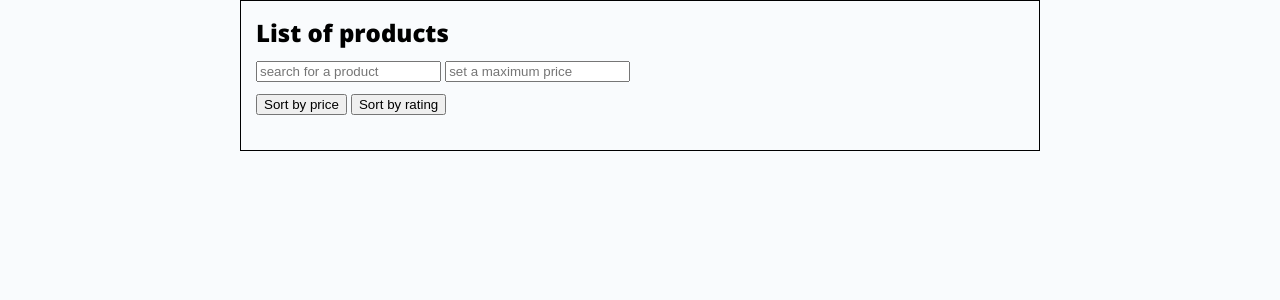
Repository: andrii1/hyf-homework
Page: javascript/javascript2/week2/hyf-bay/index.html
An editor plug-in stored every save of this project. The page is shown before and after the next save, followed by the edit.
The browser window is 1280 px wide. The pictures show the whole page.

Above is the page before, as saved 2022-07-06 12:14:40.

### javascript/javascript2/week2/hyf-bay/index.html
<head>
  <title>HyfBay - list of products</title>
  <meta name="viewport" content="width=device-width, initial-scale=1" />
  <link rel="stylesheet" type="text/css" href="main.css" />
  <link
    href="https://fonts.googleapis.com/css?family=Open+Sans:400,800"
    rel="stylesheet"
  />
</head>

<body>
  <main>
    <section>
      <h1>List of products</h1>
      <form action="#" class="form">
        <input type="text" id="search" placeholder="search for a product" />
        <input
          type="text"
          id="maximumPrice"
          placeholder="set a maximum price"
        />
      </form>
      <button id="price-sort">Sort by price</button>
      <button id="rating-sort">Sort by rating</button>
      <ul id="list"></ul>
    </section>
  </main>
  <script src="hyfBayHelpers.js"></script>
  <script src="main.js"></script>
</body>

### javascript/javascript2/week2/hyf-bay/main.css
body {
    font-family: "Open Sans", sans-serif;
    background-color: #F9FBFD;
}

* {
    box-sizing: border-box;
}

body, h1, h2 {
    margin: 0;
}

ul {
    list-style-type: none;
    margin: 0;
    padding: 10;
}

main {
  width: 800px;
  margin:0 auto;
  padding:15;
  align-items: center;
  border: 1px solid black;
}

form {
  margin: 10 0;
}

### javascript/javascript2/week2/hyf-bay/hyfBayHelpers.js
/* DONT MODIFY ANY OF THIS CODE!!!*/

window.getAvailableProducts = function () {
  function getRandomInt(min, max) {
    min = Math.ceil(min);
    max = Math.floor(max);
    return Math.floor(Math.random() * (max - min + 1)) + min;
  }

  function getRandomItem(availableProductNames) {
    return availableProductNames[
      getRandomInt(0, availableProductNames.length - 1)
    ];
  }

  function getRandomProductname() {
    const preWords = [
      "Used",
      "Fantastic",
      '"Used"',
      "Broken",
      "Beautiful",
      "Wet",
      "Green",
      "Sloppy",
      "Dirty",
    ];
    const productNames = [
      "Carrot",
      "Drone",
      "Giftcard",
      "Puppy",
      "Car",
      "Shirt",
      "Milk",
      "Chalk",
      "Fish fingers",
      "Socks",
      "Chocolate",
      "Toothbrush",
      "Computer",
      "Nokia",
      "Cologne",
    ];

    let chosenProductName = getRandomItem(productNames);
    const shouldHavePreWord = getRandomInt(0, 10) > 6;

    if (shouldHavePreWord) {
      const preWord = preWords[getRandomInt(0, preWords.length - 1)];
      chosenProductName = `${preWord} ${chosenProductName}`;
    }

    return chosenProductName;
  }

  const numberOfAvailableProducts = getRandomInt(0, 30);
  const availableProducts = Array.apply(
    null,
    Array(numberOfAvailableProducts)
  ).map(() => {
    const name = getRandomProductname();
    return {
      id: `${name}${getRandomInt(0, 100000)}`,
      name,
      price: getRandomInt(0, 10000),
      rating: getRandomInt(1, 10),
    };
  });

  return availableProducts;
};

### javascript/javascript2/week2/hyf-bay/main.js
console.log("Script loaded");
const products = getAvailableProducts();
console.log(products);
let clickCount = 0;
let clickCountRating = 0;
const searchInput = document.getElementById("search");
const maximumPriceInput = document.getElementById("maximumPrice");
const buttonSortPrice = document.getElementById("price-sort");
const buttonSortRating = document.getElementById("rating-sort");
searchInput.addEventListener("input", filterProducts);
maximumPriceInput.addEventListener("input", filterProductsByPrice);
buttonSortPrice.addEventListener("click", sortProductsByPrice);
buttonSortRating.addEventListener("click", sortProductsByRating);
function filterProducts(event) {
  const filteredProducts = products.filter((product) =>
    product.name.toLowerCase().includes(event.target.value)
  );
  renderProducts(filteredProducts);
}

function filterProductsByPrice(event) {
  const filteredProducts = products.filter(
    (product) => product.price < event.target.value
  );
  renderProducts(filteredProducts);
}

function sortProductsByPrice() {
  if (clickCount % 2 == 0) {
    const sortedProducts = products.sort((a, b) => a.price - b.price);
    renderProducts(sortedProducts);
  } else {
    const sortedProducts = products.sort((a, b) => b.price - a.price);
    renderProducts(sortedProducts);
  }

  clickCount++;
}

function sortProductsByRating() {
  if (clickCountRating % 2 == 0) {
    const sortedProducts = products.sort((a, b) => a.rating - b.rating);
    renderProducts(sortedProducts);
  } else {
    const sortedProducts = products.sort((a, b) => b.rating - a.rating);
    renderProducts(sortedProducts);
  }

  clickCountRating++;
}

const list = document.querySelector("#list");

function renderProducts(products) {
  // your code here
  list.innerHTML = "";
  for (let i = 0; i < products.length; i++) {
    const listItem = document.createElement("li");
    const name = document.createElement("h2");
    const price = document.createElement("p");
    const rating = document.createElement("p");
    name.innerHTML = products[i].name;
    price.innerHTML = `price: ${products[i].price}`;
    rating.innerHTML = `rating: ${products[i].rating}`;
    list.appendChild(listItem);
    list.appendChild(name);
    list.appendChild(price);
    list.appendChild(rating);
  }
}

//renderProducts(products); // This should create the ul and the li's with the individual products details

After the next save:
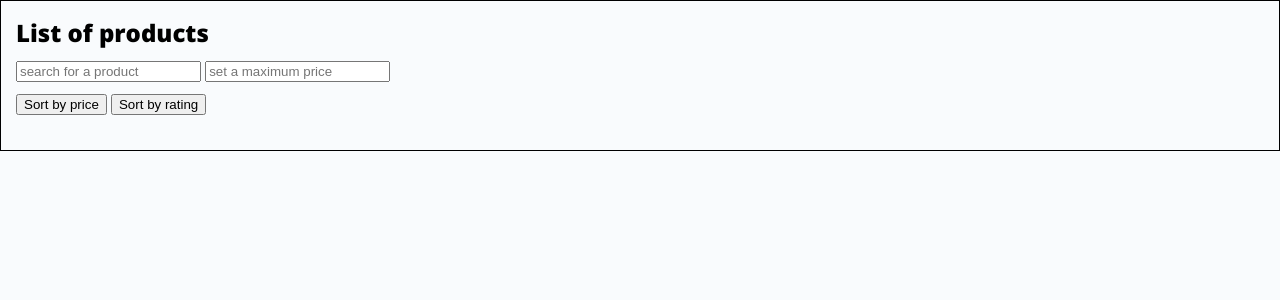
Saved 27 s later.
--- a/javascript/javascript2/week2/hyf-bay/main.css
+++ b/javascript/javascript2/week2/hyf-bay/main.css
@@ -18,13 +18,17 @@ ul {
 }
 
 main {
-  width: 800px;
-  margin:0 auto;
+  display: flex;
+  align-items: center;
   padding:15;
   align-items: center;
   border: 1px solid black;
 }
 
+section {
+  width: 500px;
+}
+
 form {
   margin: 10 0;
 }
